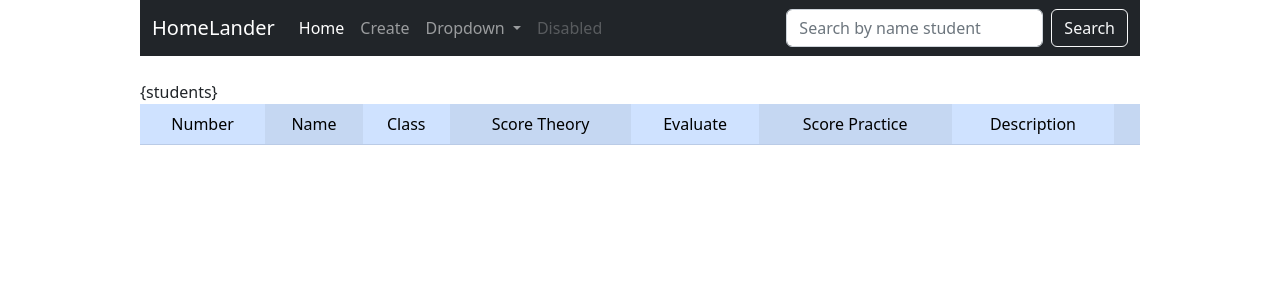
Repository: nguyenhung50497/MD3_thiThucHanh
Page: src/views/home.html
An editor plug-in stored every save of this project. The page is shown before and after the next save, followed by the edit.
The browser window is 1280 px wide. The pictures show the whole page.

Above is the page before, as saved 2023-01-05 09:33:56.

After the next save:
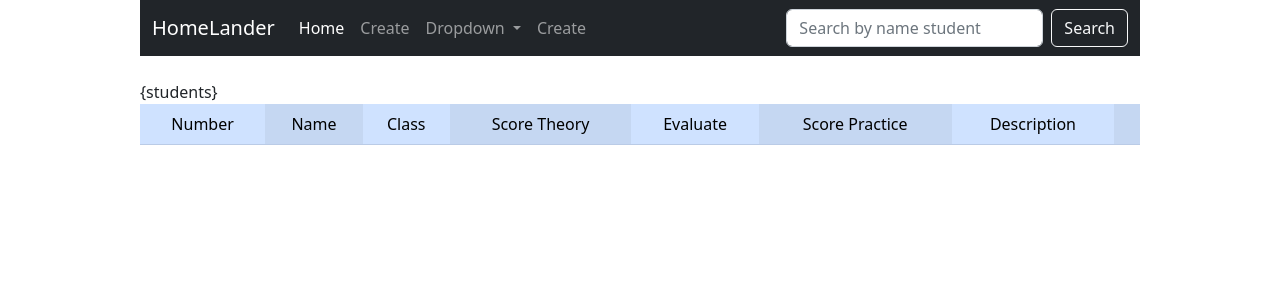
Saved 2 min 44 s later.
--- a/src/views/home.html
+++ b/src/views/home.html
@@ -34,7 +34,7 @@
                 </ul>
               </li>
               <li class="nav-item">
-                <a class="nav-link disabled">Disabled</a>
+                <a class="nav-link" href="/student/create">Create</a>
               </li>
             </ul>
             <form class="d-flex" role="search" method="post">
